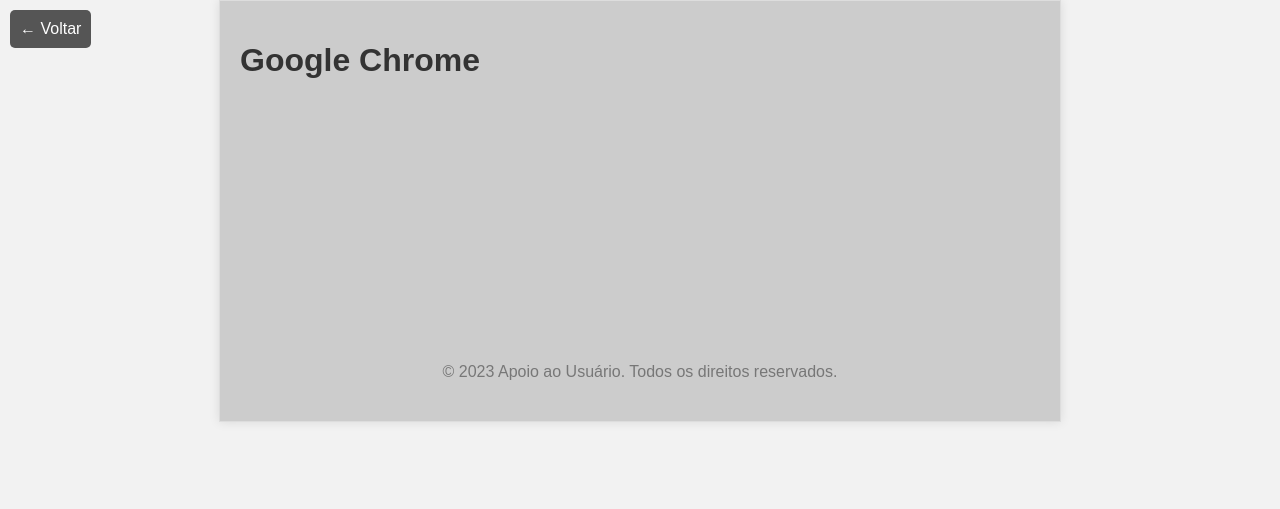
Repository: I4guito/dicasdez
Page: Dicas site/Dicas/chrome.html
An editor plug-in stored every save of this project. The page is shown before and after the next save, followed by the edit.
The browser window is 1280 px wide. The pictures show the whole page.

Above is the page before, as saved 2023-12-06 13:32:45.

### Dicas site/Dicas/chrome.html
<!DOCTYPE html>
<html lang="pt-br">
<head>
    <meta charset="UTF-8">
    <meta name="viewport" content="width=device-width, initial-scale=1.0">
    <link rel="stylesheet" href="padrao.css">
    <script src="/Dicas site/script.js"></script>
    <title>Dicas 10 - Google Chrome</title>
</head>
<body>
    <div class="container">
        <header>
        <a href="javascript:history.back()" class="voltar-btn">&#8592; Voltar</a>
            <h1>Google Chrome</h1>
        </header>
        <section>
            <h2>  </h2>
            <ul>
                <li></li>
                <li></li>
            </ul>
        </section><br>

        <section>
            <h2>  </h2>
            <ul>
                <li></li>
                <li></li>
            </ul>
        </section><br>

        <section>
            <h2>  </h2>
            <ul>
                <li></li>
                <li></li>
            </ul>
        </section><br>

        <section>
            <h2>  </h2>
            <ul>
                <li></li>
                <li></li>
            </ul>
        </section><br>

        <section>
            <h2>  </h2>
            <ul>
                <li></li>
                <li></li>
            </ul>
        </section><br>

        <section>
            <h2>  </h2>
            <ul>
                <li></li>
                <li></li>
            </ul>
        </section><br>

        <section>
            <h2>  </h2>
            <ul>
                <li></li>
                <li></li>
            </ul>
        </section><br>
        <footer>
            <p>&copy; 2023 Apoio ao Usuário. Todos os direitos reservados.</p>
        </footer>
    </div>
</body>
</html>

### Dicas site/Dicas/padrao.css
body {
    font-family: 'Arial', sans-serif;
    margin: 0;
    padding: 0;
    background-color: #f2f2f2;
    color:#fff
}

.container {
    max-width: 800px;
    margin: 0 auto;
    background-color: #ccc;
    padding: 20px;
    box-shadow: 0 0 10px rgba(0, 0, 0, 0.1);
    border: 1px solid #ddd;
    color: #333;
}

header, section, footer {
    margin-bottom: 20px;
}

header h1, section h2 {
    color: #333;
}

ul {
    list-style: none;
    padding: 0;
}

li {
    margin-bottom: 10px;
}

footer {
    text-align: center;
    color: #777;
}

.voltar-btn {
    position: absolute;
    left: 10px;
    top: 10px;
    text-decoration: none;
    color: #fff;
    font-size: 16px;
    padding: 10px;
    background-color: #555;
    border: none;
    border-radius: 5px;
    cursor: pointer;
    transition: background-color 0.3s;
}

.voltar-btn:hover {
    background-color: #777;
}

img {

    margin-inline: 5cm;
    max-width: 100%;
    border-radius: 3%;
}

.link-instrucoes {
    font-family:cursive;
    width: 50px;
    left: 10px;
    text-decoration: none;
    color: #fff;
    font-size: 25px;
    padding: 3px;
    background-color: #555;
    border: none;
    border-radius: 10px;
    cursor: pointer;
    transition:  background-color 0.3s;
}

.link-instrucoes:hover {
    background-color:#777
}

.step {
    max-width: 800px;
    margin: 0 auto;
    background-color: #333;
    padding: 20px;
    box-shadow: 0 0 10px rgba(0, 0, 0, 0.1);
    border: 1px solid #ddd;
    color: #333;
    margin-bottom: 40px;
    padding: 20px;
    border-radius: 8px;
    box-shadow: 0 4px 8px rgba(0, 0, 0, 0.1);
}



.container img {
    display: block;
    max-width: 35%;
    height: auto;
    display: block;
    margin: 20px auto;
    border-radius: 8px;
    box-shadow: 0 4px 8px rgba(0, 0, 0, 0.1);


}

.image-zoom input[type="checkbox"] {
    display: none;
}

.image-zoom img {
    max-width: 100%;
    height: auto;
    cursor: pointer;
    transition: transform 0.3s ease-in-out;
}

.image-zoom input[type="checkbox"]:checked + img {
    transform: scale(1.5);
}

### Dicas site/script.js
function filterItems() {
    var searchBar = document.getElementById('searchBar');
    var filter = searchBar.value.toUpperCase();

    var columns = document.getElementsByClassName('column');
    for (var i = 0; i < columns.length; i++) {
        var boxes = columns[i].getElementsByClassName('box');
        for (var j = 0; j < boxes.length; j++) {
            var item = boxes[j];
            var textValue = item.textContent || item.innerText;
            if (textValue.toUpperCase().indexOf(filter) > -1) {
                item.style.display = "";
            } else {
                item.style.display = "none";
            }
        }
    }
}

function openPage(pageName) {
    window.location.href = pageName + '.html';
}

const isOpera = navigator.userAgent.indexOf("OPR") > -1;

if (isOpera) {
    document.addEventListener("DOMContentLoaded", function () {
        const containers = document.querySelectorAll(".container");
        containers.forEach(function (container) {
            container.style.backgroundColor = "#005c4b";
            container.style.color = "#333";
        });
    });
}

After the next save:
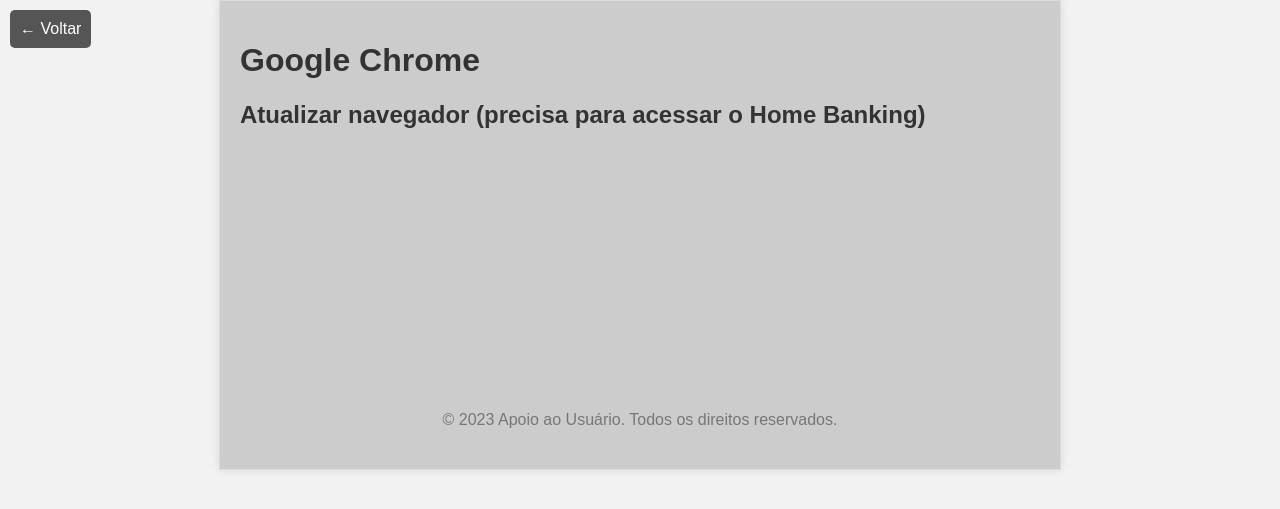
Saved 11 s later.
--- a/Dicas site/Dicas/chrome.html
+++ b/Dicas site/Dicas/chrome.html
@@ -14,7 +14,7 @@
             <h1>Google Chrome</h1>
         </header>
         <section>
-            <h2>  </h2>
+            <h2> Atualizar navegador (precisa para acessar o Home Banking)  </h2>
             <ul>
                 <li></li>
                 <li></li>
